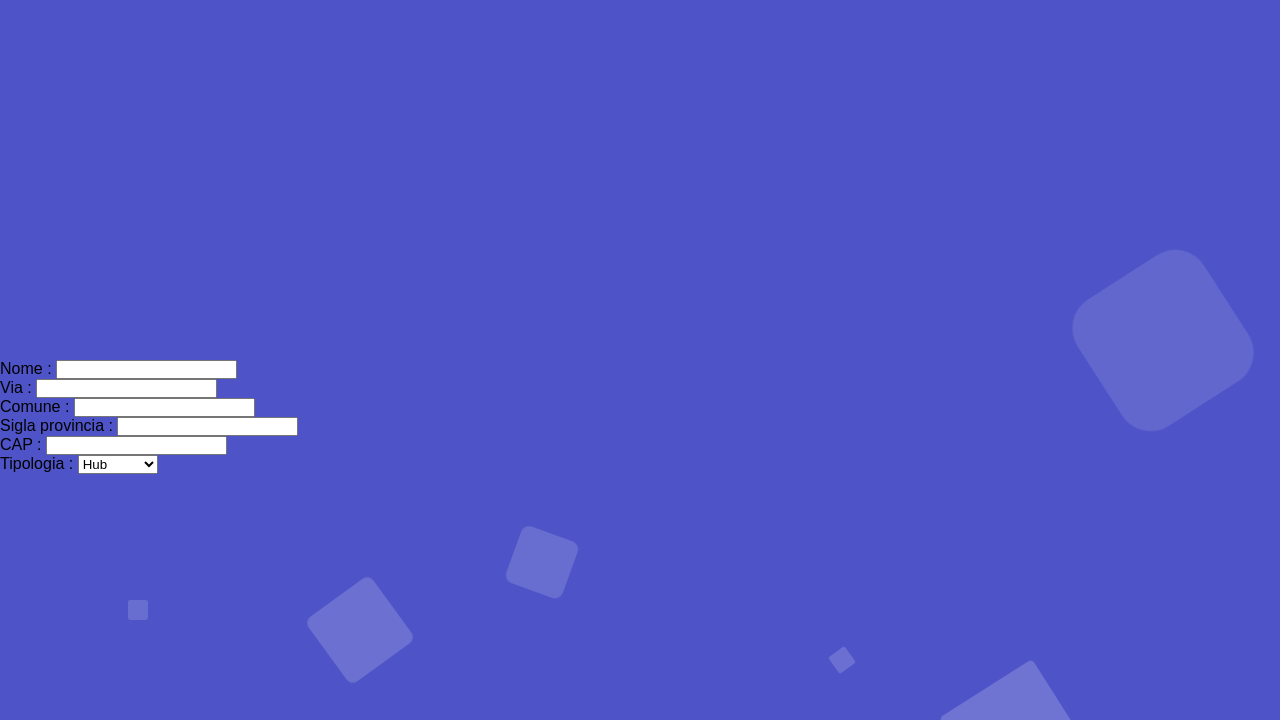
Repository: Jok98/CentriVaccinaliWebApp
Page: http://localhost/CentriVaccinaliOperatori/iscrizionecentrovax.jsp
These files come from the project's save history. The page is drawn as it stood at one moment and after the next save; the edit follows.
The browser window is 1280 px wide. The pictures show the whole page.
Some web fonts or font styles are not loaded; a fallback is used. The page is served by Tomcat 9.

Above is the page before, as saved 2022-09-24 15:21:23.

### CentriVaccinaliOperatori/src/main/webapp/iscrizionecentrovax.jsp
<%@ page language="java" contentType="text/html; charset=ISO-8859-1"
	pageEncoding="ISO-8859-1"%>
<!DOCTYPE html>
<html>
<head>
<meta charset="ISO-8859-1">
<link rel="stylesheet" href="css/form.css">
<link rel="stylesheet" href="css/background.css">
<title>Iscrizione Centri Vaccinali</title>
</head>
<body>
	<div class="area">
		<ul class="circles">
			<li></li>
			<li></li>
			<li></li>
			<li></li>
			<li></li>
			<li></li>
			<li></li>
			<li></li>
			<li></li>
			<li></li>
		</ul>
	</div>
	<div class="context" align="justify" >
		<form action="" >
		<label class="label" for="nomeCenvax" >Nome : </label>
		<input class="input" type="text" id="nomecenvax" name="nomecenvax">
		<br>
		<label class="label" for="viaCenvax">Via : </label>
		<input class="input" type="text" id="viaCenvax" name="viaCenvax">
		<br>
		<label class="label" for="comuneCenvax">Comune : </label>
		<input class="input" type="text" id="viaCenvax" name="viaCenvax">
		<br>
		<label class="label" for="sigprovCenvax">Sigla provincia : </label>
		<input class="input" type="text" id="sigprovCenvax" name="sigprovCenvax">
		<br>
		<label class="label" for="capCenvax">CAP : </label>
		<input class="input" type="text" id="capCenvax" name="capCenvax">
		<br>
		<label class="label" for="tipoCenvax">Tipologia : </label>
		<select class="input" name="tipoCenvax" id="tipoCenvax">
			<option value="Hub">Hub</option>
			<option value="Azienda">Azienda</option>
			<option value="Ospedale">Ospedale</option>
		</select>

		</form>
	</div>

</body>
</html>

### CentriVaccinaliOperatori/src/main/webapp/css/form.css
@charset "ISO-8859-1";

/* bottoni */
.button {
color: rgb(255, 255, 255);
font-size: 30px; line-height: 30px;
padding: 10px;
border-radius: 12px;
font-family: Georgia, serif;
font-weight: normal;
text-decoration: none;
font-style: normal;
font-variant: normal;
text-transform: none;
background-image: radial-gradient(at center center, rgb(12, 111, 164) 0%, rgb(10, 136, 164) 100%, rgb(12, 111, 164) 100%);
box-shadow: rgba(0, 0, 0, 0) 81px -57px 0px 0px;
border: 2px solid rgb(28, 110, 164);
display: inline-block;}
.button:hover {
background: #80c3ff; }
.button:active {
background: #1ca4ff; }

.label{
	text-align: center;

}

### CentriVaccinaliOperatori/src/main/webapp/css/background.css
@charset "ISO-8859-1";
@import url('https://fonts.googleapis.com/css?family=Exo:400,700');

*{
    margin: 0px;
    padding: 0px;
}

html{
    font-family: 'Exo', sans-serif;
}


.context {
    width: 100%;
    position: absolute;
    top:50vh;

}

.context h1{
    text-align: center;
    color: #fff;
    font-size: 50px;
}


.area{
    background: #4e54c8;
    background: -webkit-linear-gradient(to left, #8f94fb, #4e54c8);
    width: 100%;
    height:100vh;


}

.circles{
    position: absolute;
    top: 0;
    left: 0;
    width: 100%;
    height: 100%;
    overflow: hidden;
}

.circles li{
    position: absolute;
    display: block;
    list-style: none;
    width: 20px;
    height: 20px;
    background: rgba(255, 255, 255, 0.2);
    animation: animate 25s linear infinite;
    bottom: -150px;

}

.circles li:nth-child(1){
    left: 25%;
    width: 80px;
    height: 80px;
    animation-delay: 0s;
}


.circles li:nth-child(2){
    left: 10%;
    width: 20px;
    height: 20px;
    animation-delay: 2s;
    animation-duration: 12s;
}

.circles li:nth-child(3){
    left: 70%;
    width: 20px;
    height: 20px;
    animation-delay: 4s;
}

.circles li:nth-child(4){
    left: 40%;
    width: 60px;
    height: 60px;
    animation-delay: 0s;
    animation-duration: 18s;
}

.circles li:nth-child(5){
    left: 65%;
    width: 20px;
    height: 20px;
    animation-delay: 0s;
}

.circles li:nth-child(6){
    left: 75%;
    width: 110px;
    height: 110px;
    animation-delay: 3s;
}

.circles li:nth-child(7){
    left: 35%;
    width: 150px;
    height: 150px;
    animation-delay: 7s;
}

.circles li:nth-child(8){
    left: 50%;
    width: 25px;
    height: 25px;
    animation-delay: 15s;
    animation-duration: 45s;
}

.circles li:nth-child(9){
    left: 20%;
    width: 15px;
    height: 15px;
    animation-delay: 2s;
    animation-duration: 35s;
}

.circles li:nth-child(10){
    left: 85%;
    width: 150px;
    height: 150px;
    animation-delay: 0s;
    animation-duration: 11s;
}



@keyframes animate {

    0%{
        transform: translateY(0) rotate(0deg);
        opacity: 1;
        border-radius: 0;
    }

    100%{
        transform: translateY(-1000px) rotate(720deg);
        opacity: 0;
        border-radius: 50%;
    }

}

After the next save:
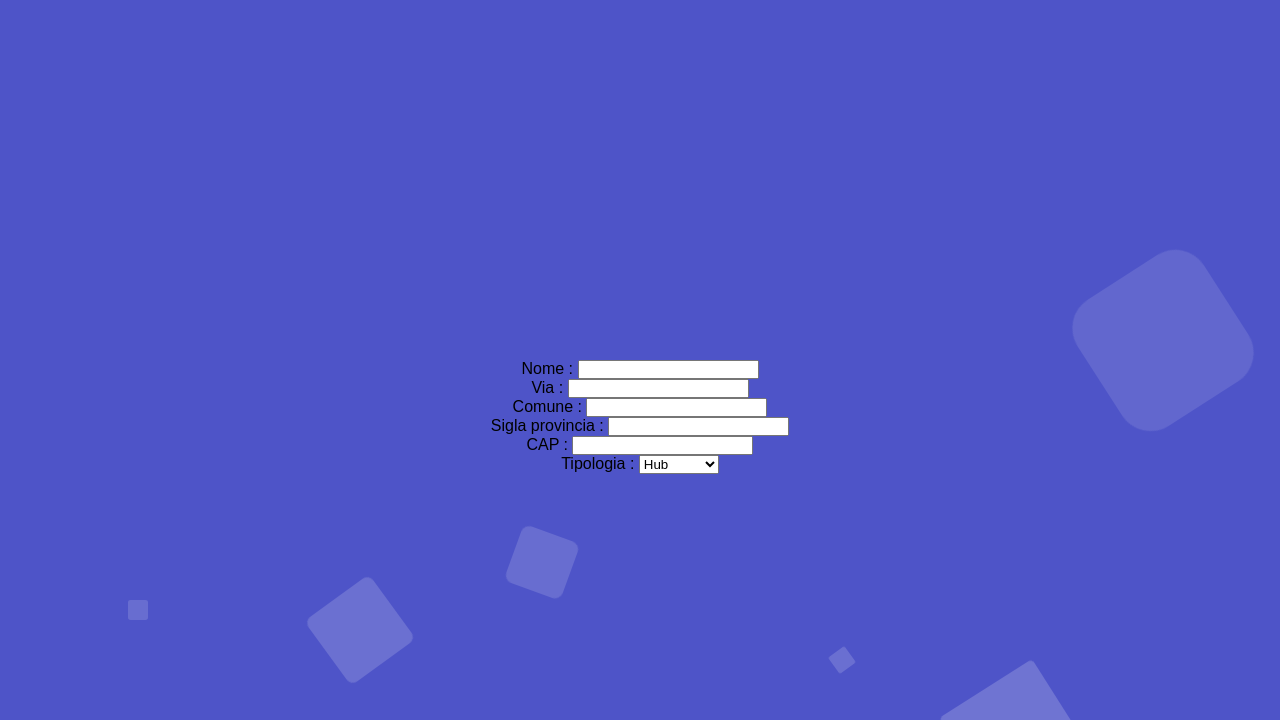
Saved 11 s later.
--- a/CentriVaccinaliOperatori/src/main/webapp/iscrizionecentrovax.jsp
+++ b/CentriVaccinaliOperatori/src/main/webapp/iscrizionecentrovax.jsp
@@ -23,7 +23,7 @@
 			<li></li>
 		</ul>
 	</div>
-	<div class="context" align="justify" >
+	<div class="context" align="center" >
 		<form action="" >
 		<label class="label" for="nomeCenvax" >Nome : </label>
 		<input class="input" type="text" id="nomecenvax" name="nomecenvax">
